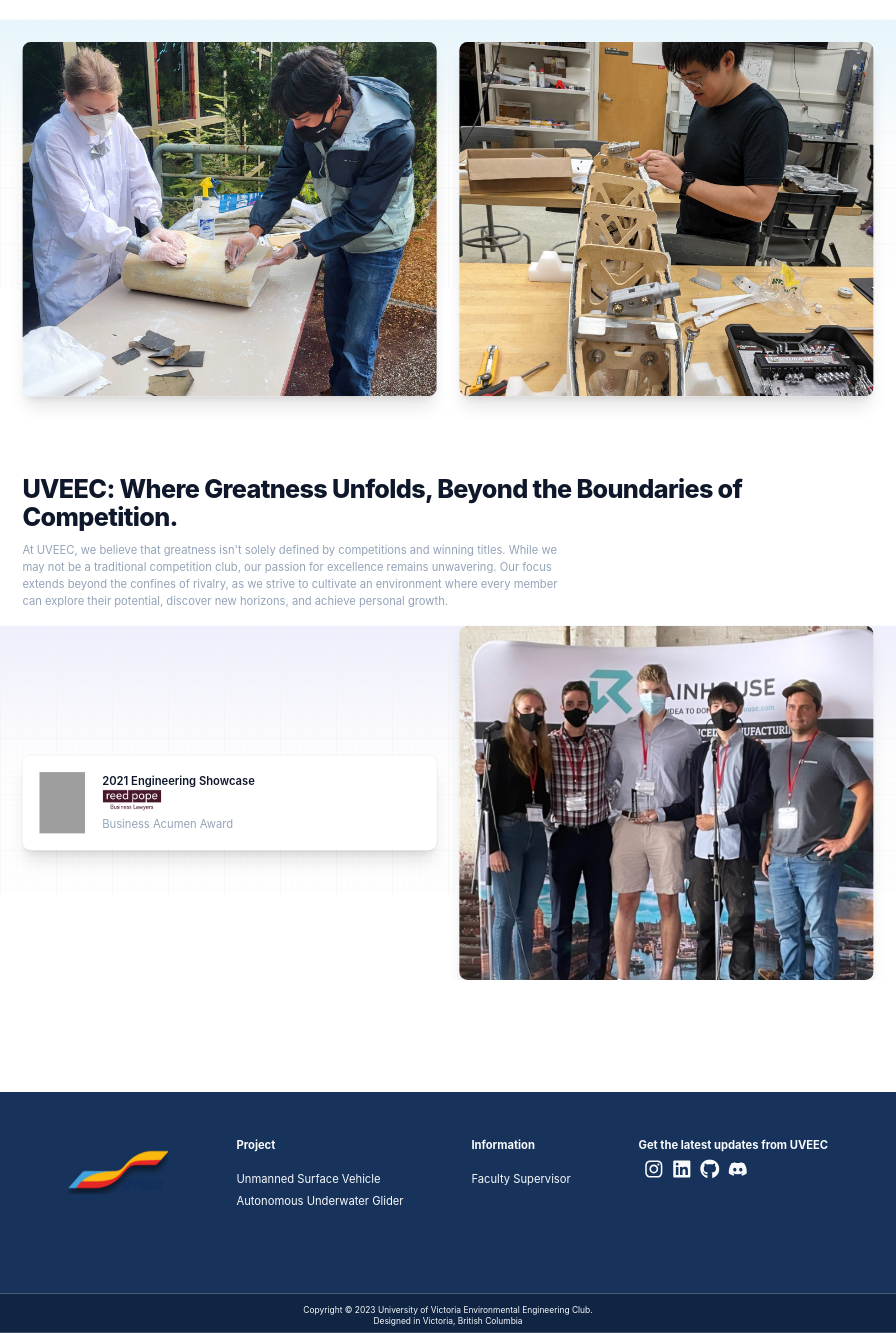
Repository: markaxelus/uveec-website
Page: /
An editor plug-in stored every save of this project. The page is shown before and after the next save, followed by the edit.
The browser window is 1280 px wide. The pictures show the part of the page from y = 1160 to 3080 px (the page is 3064 px tall before and 3080 px after), at 70% of full size.
Pictures or frames that could not be fetched are drawn as grey boxes. The project was rebuilt for these pictures with package versions that can differ from the ones it lists, and the page was loaded fresh each time. The framework's server and built-in components were replaced by stand-ins that run in the browser. Also part of the build but not shown: next.config.js, src/components/molecules/ProfileCard.tsx.

Above is the page before, as saved 2024-06-08 23:31:21.

### pages/index.tsx
import Head from "next/head";
import Link from "next/link";
import Image from "next/image";
import type { NextPage } from "next";
import {
  HeroBanner,
  SponsorMarquee,
} from "../src/components/molecules";
import { BaseLayout } from "../src/Layout/BaseLayout";
import { FaAngleRight } from "react-icons/fa";

const Home: NextPage = () => {
  return (
    <div>
      <Head>
        <title>University of Victoria Environmental Engineering Club</title>
        <link rel="canonical" href="https://uveec.ca" key="canonical" />
        <meta
          name="description"
          content="Our organization's primary purpose is to create out of the box
          engineering solutions to everyday environmental problems in the local
          Capital Regional District of Victoria, British Columbia."
        />
        <meta name="viewport" content="width=device-width, initial-scale=1.0" />
        <meta
          name="keywords"
          content="UVEEC, UVic Environmental Engineering, Environmental Engineering, Environment, Engineering, University of Victoria, Victoria"
        />
        <meta
          property="og:title"
          content="University of Victoria Environmental Engineering Club"
        />
        <meta property="og:url" content="https://uveec.ca" />
        <meta property="og:type" content="website" />
        <link rel="icon" href="/favicon.ico" />
      </Head>
      <BaseLayout>
        <HeroBanner />
        <SponsorMarquee />
        <main>
          <div className="pt-20 mb-20 space-y-20 overflow-hidden sm:pt-32 sm:mb-32 sm:space-y-32 md:pt-40 md:mb-40 md:space-y-20">

            <section id="team">
              <div className="max-w-7xl mx-auto px-4 sm:px-6 md:px-8">
                <p className="mt-4 text-3xl sm:text-4xl text-slate-900 font-extrabold tracking-tight dark:text-slate-50">
                  One of our club&apos;s main goals is to give student hands-on
                  engineering experience outside of their regular class work.
                </p>
                <p className="mt-4 max-w-3xl text-slate-400 space-y-6 ">
                  The flexible nature of our club allows us to focus on one
                  small-scale project of varying scope (6-36 months per
                  project). Our team works to innovate and develop
                  proof-of-concept solutions that can foster innovative
                  solutions to environmental problems.
                </p>
                <Link href="/about" passHref>
                  <a className="group inline-flex items-center h-9 rounded-full text-sm font-semibold whitespace-nowrap px-3 focus:outline-none focus:ring-2 bg-sky-50 text-sky-600 hover:bg-sky-200 hover:text-sky-700 focus:ring-sky-500 dark:bg-slate-700 dark:text-slate-100 dark:hover:bg-slate-600 dark:hover:text-white dark:focus:ring-slate-500 mt-8 md:mb-10">
                    Learn More
                    <FaAngleRight className="overflow-visible ml-3 text-sky-300 group-hover:text-sky-400" />
                  </a>
                </Link>
              </div>
              <div className="relative pt-10 xl:pt-0 mt-10 xl:mt-2">
                <div className="absolute h-96 w-full bg-gradient-to-b from-sky-500 via-slate-100 to-white opacity-10 dark:to-slate-900">
                  <svg
                    width="100%"
                    height="100%"
                    xmlns="http://www.w3.org/2000/svg"
                  >
                    <defs>
                      <pattern
                        id="smallGrid"
                        width="8"
                        height="8"
                        patternUnits="userSpaceOnUse"
                      >
                        <path
                          d="M 8 0 L 0 0 0 8"
                          fill="none"
                          stroke="gray"
                          strokeWidth="0.5"
                        />
                      </pattern>
                      <pattern
                        id="grid"
                        width="80"
                        height="80"
                        patternUnits="userSpaceOnUse"
                      >
                        <rect width="80" height="80" fill="url(#smallGrid)" />
                        <path
                          d="M 80 0 L 0 0 0 80"
                          fill="none"
                          stroke="gray"
                          strokeWidth="1"
                        />
                      </pattern>
                    </defs>

                    <rect width="100%" height="100%" fill="url(#grid)" />
                  </svg>
                </div>
                <div className="max-w-7xl mx-auto px-4 py-8 sm:px-6 md:px-8 lg:grid lg:grid-cols-12 lg:gap-8">
                  {/*<div className="lg:col-span-5 xl:col-span-6 flex flex-col">
                    <div className="relative z-10 bg-white ring-1 ring-slate-900/5 rounded-lg shadow-xl px-6 py-5 my-auto xl:mt-18 dark:bg-slate-800">
                      <div className="absolute inset-x-0 inset-y-5 border-t border-b border-slate-100 pointer-events-none dark:border-slate-700" />
                      <div className="absolute inset-x-6 inset-y-0 border-l border-r border-slate-100 pointer-events-none dark:border-slate-700" />
                      <div className="bg-slate-50 overflow-hidden py-6 sm:py-9 lg:py-6 xl:py-9 px-6 dark:bg-slate-900/50">
                        <div className="relative h-96">
                          <Image
                            layout="fill"
                            src="/images/manufacturing2.jpg"
                            className="object-cover"
                            alt={""}
                            decoding="async"
                            priority
                          />
                        </div>
                      </div>
                    </div>
                  </div>*/}
                  <div className="mt-4 -mx-4 sm:mx-0 lg:mt-0 lg:col-span-7 xl:col-span-6">
                    <div className="relative overflow-hidden shadow-xl flex h-[31.625rem] max-h-[60vh] sm:max-h-[none] sm:rounded-xl lg:h-[34.6875rem] xl:h-[31.625rem]">
                      <Image
                        layout="fill"
                        src="/images/manufacturing2.jpg"
                        className="object-cover"
                        alt={""}
                        decoding="async"
                        priority
                      />
                    </div>
                  </div>
                  <div className="mt-4 -mx-4 sm:mx-0 lg:mt-0 lg:col-span-7 xl:col-span-6">
                    <div className="relative overflow-hidden shadow-xl flex h-[31.625rem] max-h-[60vh] sm:max-h-[none] sm:rounded-xl lg:h-[34.6875rem] xl:h-[31.625rem]">
                      <Image
                        layout="fill"
                        src="/images/manufacturing1.jpg"
                        className="object-cover"
                        alt={""}
                        decoding="async"
                        priority
                      />
                    </div>
                  </div>
                </div>
              </div>
            </section>

            <section id="awards">
              <div className="max-w-7xl mx-auto px-4 sm:px-6 md:px-8">
                <p className="mt-4 text-3xl sm:text-4xl text-slate-900 font-extrabold tracking-tight dark:text-slate-50">
                  UVEEC: Where Greatness Unfolds, Beyond the Boundaries of Competition.
                </p>
                <p className="mt-4 pb-4 max-w-3xl text-slate-400 space-y-6 ">
                  At UVEEC, we believe that greatness isn&apos;t solely defined by competitions and winning titles. While we may not be a traditional competition club, our passion for excellence remains unwavering. Our focus extends beyond the confines of rivalry, as we strive to cultivate an environment where every member can explore their potential, discover new horizons, and achieve personal growth.
                </p>
              </div>
              <div className="relative pt-10 xl:pt-0 mt-10 xl:mt-2">
                <div className="absolute h-96 w-full bg-gradient-to-b via-slate-100 from-indigo-500 to-white opacity-10 dark:to-slate-900">
                  <svg
                    width="100%"
                    height="100%"
                    xmlns="http://www.w3.org/2000/svg"
                  >
                    <defs>
                      <pattern
                        id="smallGrid"
                        width="8"
                        height="8"
                        patternUnits="userSpaceOnUse"
                      >
                        <path
                          d="M 8 0 L 0 0 0 8"
                          fill="none"
                          stroke="gray"
                          strokeWidth="0.5"
                        />
                      </pattern>
                      <pattern
                        id="grid"
                        width="80"
                        height="80"
                        patternUnits="userSpaceOnUse"
                      >
                        <rect width="80" height="80" fill="url(#smallGrid)" />
                        <path
                          d="M 80 0 L 0 0 0 80"
                          fill="none"
                          stroke="gray"
                          strokeWidth="1"
                        />
                      </pattern>
                    </defs>

                    <rect width="100%" height="100%" fill="url(#grid)" />
                  </svg>
                </div>
                <div className="max-w-7xl mx-auto px-4 sm:px-6 md:px-8 lg:grid lg:grid-cols-12 lg:gap-8">
                  <div className="lg:col-span-5 xl:col-span-6 flex flex-col">
                    <div className="relative z-10 bg-white rounded-xl shadow-xl ring-1 ring-slate-900/5 divide-y divide-slate-100 my-auto xl:mt-18 dark:bg-slate-800 dark:divide-slate-200/5 dark:highlight-white/10">
                      <div className="p-4 sm:p-6 lg:p-4 xl:p-6 space-x-4 items-start sm:space-x-6 lg:space-x-4 xl:space-x-6 flex">
                        <Image
                          src="/images/award.png"
                          height={88}
                          width={66}
                          alt={""}
                          decoding="async"
                          priority
                        />
                        <div className="min-w-0 relative flex-auto">
                          <h2 className="font-semibold text-slate-900 truncate sm:pr-20 dark:text-slate-100">
                            2021 Engineering Showcase
                          </h2>
                          <div className="dark:hidden">
                            <Image
                              height={32}
                              width={85}
                              src="/images/reedpope.png"
                              alt={""}
                              decoding="async"
                              priority
                            />
                          </div>
                          <div className="hidden dark:flex">
                            <Image
                              height={32}
                              width={85}
                              src="/images/reedpope-dark.png"
                              alt={""}
                              decoding="async"
                              priority
                            />
                          </div>
                          <p className="text-slate-400 ">
                            Business Acumen Award
                          </p>
                        </div>
                      </div>
                    </div>
                  </div>
                  <div className="mt-4 -mx-4 sm:mx-0 lg:mt-0 lg:col-span-7 xl:col-span-6">
                    <div className="relative overflow-hidden shadow-xl flex h-[31.625rem] max-h-[60vh] sm:max-h-[none] sm:rounded-xl lg:h-[34.6875rem] xl:h-[31.625rem]">
                      <Image
                        layout="fill"
                        src="/images/awarding.jpg"
                        className="object-cover"
                        alt={""}
                        decoding="async"
                        priority
                      />
                    </div>
                  </div>
                </div>
              </div>
            </section>
          </div>
        </main>
      </BaseLayout>
    </div>
  );
};

export default Home;

### styles/globals.css
@tailwind base;
@tailwind components;
@tailwind utilities;

html,
body {
  padding: 0;
  margin: 0;
  font-family: -apple-system, BlinkMacSystemFont, Segoe UI, Roboto, Oxygen,
    Ubuntu, Cantarell, Fira Sans, Droid Sans, Helvetica Neue, sans-serif;
}

a {
  color: inherit;
  text-decoration: none;
}

* {
  box-sizing: border-box;
}

.right-arrow {
  position: absolute;
  top: 50%;
  right: 0px;
  font-size: 3rem;
  color: #000;
  z-index: 10;
  cursor: pointer;
  user-select: none;
}

.left-arrow {
  position: absolute;
  top: 50%;
  left: 0px;
  font-size: 3rem;
  color: #000;
  z-index: 10;
  cursor: pointer;
  user-select: none;
}

.slide {
  opacity: 0;
  transition-duration: 1s ease;
}

.slide.active {
  opacity: 1;
  transition-duration: 1s;
  transform: scale(1.08);
}

@media (prefers-color-scheme: dark) {
  html {
    color-scheme: dark;
  }
  body {
    color: #f8fafc;
    background: #0f172a;
  }
}

### src/components/molecules/index.tsx
export { NavBar } from "./NavBar";
export { SponsorMarquee } from "./SponsorMarquee";
export { HeroBanner } from "./HeroBanner";
export { Menu } from "./Menu";
export { ProfileCard } from "./ProfileCard";

### src/Layout/BaseLayout.tsx
import React, { PropsWithChildren } from "react";
import { Footer, Header } from "../components/organisms";

interface BaseLayoutProps {}

export const BaseLayout = ({
  children,
}: PropsWithChildren<BaseLayoutProps>) => {
  return (
    <div>
      <Header />
      {children}
      <Footer />
    </div>
  );
};

### src/components/molecules/NavBar.tsx
import React from "react";
import { NavLink } from "../atoms";

export const NavBar = () => {
  return (
    <div className="z-50 flex flex-row items-center space-x-4">
      <NavLink name="Home" link="/" />
      <NavLink name="About" link="/about" />
      <NavLink name="Projects" link="/projects" />
      <NavLink name="Sponsors" link="/sponsors" />
      <NavLink name="Contact" link="/contact" />
    </div>
  );
};

### src/components/molecules/SponsorMarquee.tsx
import Marquee from "react-fast-marquee";
import { Logo } from "../atoms";
import { SponsorMap } from "../../constants";

export const SponsorMarquee = () => {
  return (
    <Marquee direction="right" speed={80} gradient={false}>
      <div className="flex flex-row items-center justify-evenly space-x-24 space-y-4 mr-24">
        {SponsorMap.map((card, i) => (
          <div
            key={i}
          >
            <Logo
              src={card.img}
              className="h-12 w-56 dark:hidden"
              classNameImage="object-contain"
            />
          </div>
        ))}
      </div>
    </Marquee>
  );
};

### src/components/atoms/index.tsx
export { NavLink } from "./NavLink";
export { Logo } from "./Logo";

### src/components/organisms/Header.tsx
import Link from "next/link";
import Image from "next/image";
import { NavBar } from "../molecules";
import { Menu } from "../molecules";

export const Header = () => {
  return (
    <div className="sticky top-0 z-50 flex flex-row items-center justify-between h-16 w-full px-4 py-2 shadow-2xl bg-royalBlue">
      <Link href="/" passHref>
        <a className="relative h-10 w-28 hover:cursor-pointer">
          <Image
            layout="fill"
            src="/images/uveec.png"
            alt={""}
            decoding="async"
            priority
          />
        </a>
      </Link>
      <div className="hidden md:block">
        <NavBar />
      </div>
      <div className="md:hidden">
        <Menu />
      </div>
    </div>
  );
};

### src/components/atoms/NavLink.tsx
import classNames from "classnames";
import { useRouter } from "next/router";
import { useMemo } from "react";

interface NavLinkProps {
  link: string;
  name: string;
}

export const NavLink = ({ link, name }: NavLinkProps) => {
  const { asPath } = useRouter();

  const isHighlighted = useMemo(() => {
    if (asPath === "/" && name === "Home") return true;
    return asPath.replace("/", "") === name.replace("/", "").toLowerCase();
  }, [asPath, name]);

  return (
    <a
      href={link}
      className={classNames(
        isHighlighted ? "text-orange" : "text-slate-50",
        "text-lg"
      )}
    >
      {name}
    </a>
  );
};

### src/components/atoms/Logo.tsx
import Image from "next/image";
import classNames from "classnames";

interface BaseLogoProps {
  src: string;
  className?: string;
  classNameImage?: string;
}

// Logo is used for building Marquee.
// className is to style div container of image.
// classNameImage is to style image itself. object-contain is used for SponsorMarquee. object-cover is used for IndexMarquee.

export const Logo = ({ src, className, classNameImage }: BaseLogoProps) => {
  return (
    <div className={classNames(className, "relative")}>
      <Image
        layout="fill"
        src={`${src}`}
        alt={""}
        decoding="async"
        className={classNameImage}
        priority
      />
    </div>
  );
};

Loaded but not shown: pages/_app.tsx (common file); src/components/organisms/index.tsx (common file); tailwind.config.js (18 lines, source omitted); src/constants.ts (282 lines, source omitted); src/components/organisms/Footer.tsx (98 lines, source omitted); src/components/molecules/HeroBanner.tsx (83 lines, source omitted); src/components/molecules/Menu.tsx (34 lines, source omitted)

After the next save:
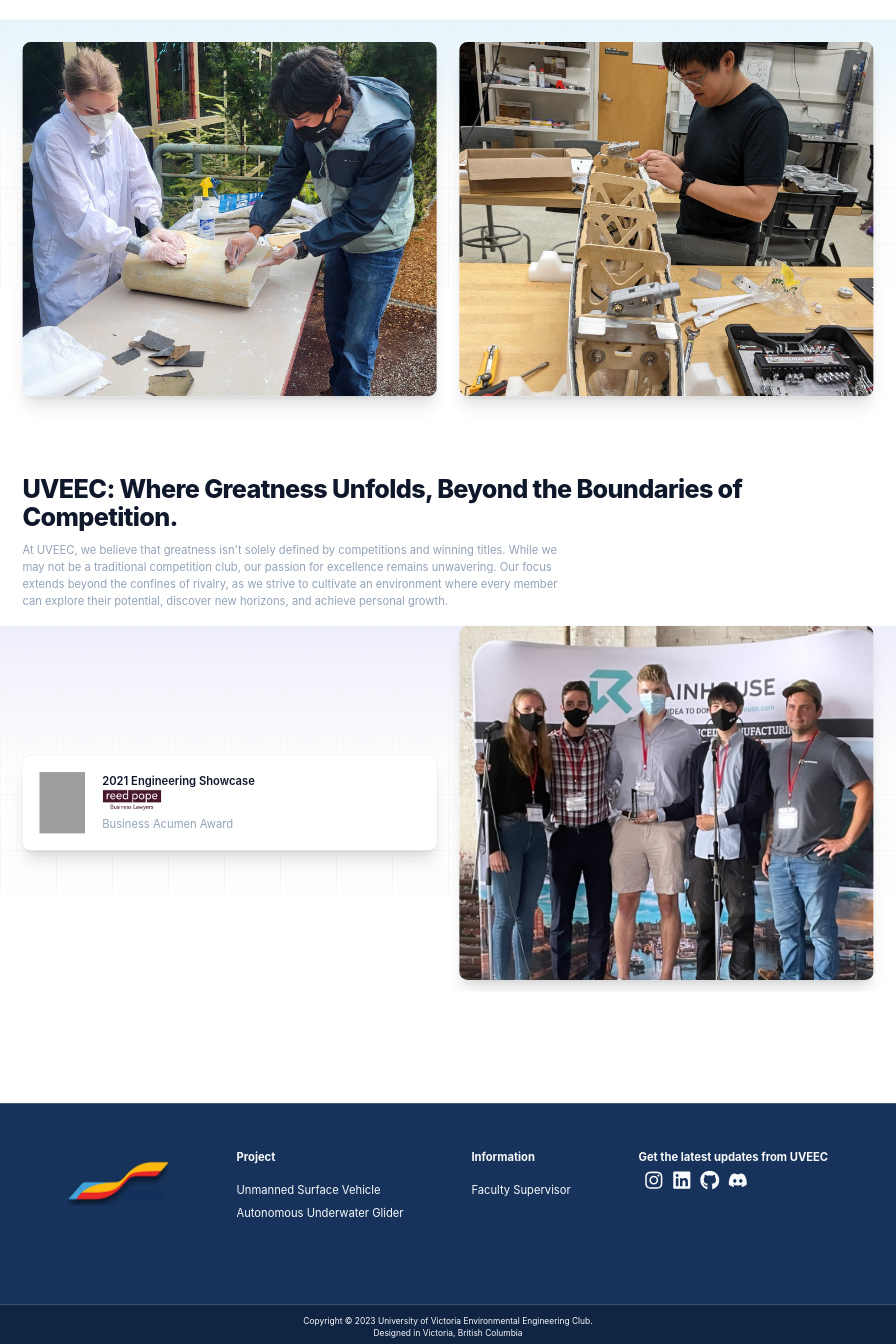
Saved 23 s later.
--- a/pages/index.tsx
+++ b/pages/index.tsx
@@ -156,7 +156,7 @@
                   At UVEEC, we believe that greatness isn&apos;t solely defined by competitions and winning titles. While we may not be a traditional competition club, our passion for excellence remains unwavering. Our focus extends beyond the confines of rivalry, as we strive to cultivate an environment where every member can explore their potential, discover new horizons, and achieve personal growth.
                 </p>
               </div>
-              <div className="relative pt-10 xl:pt-0 mt-10 xl:mt-2">
+              <div className="relative pt-10 xl:pt-0 mt-10 xl:mt-2 md:py-4">
                 <div className="absolute h-96 w-full bg-gradient-to-b via-slate-100 from-indigo-500 to-white opacity-10 dark:to-slate-900">
                   <svg
                     width="100%"

After the save that followed:
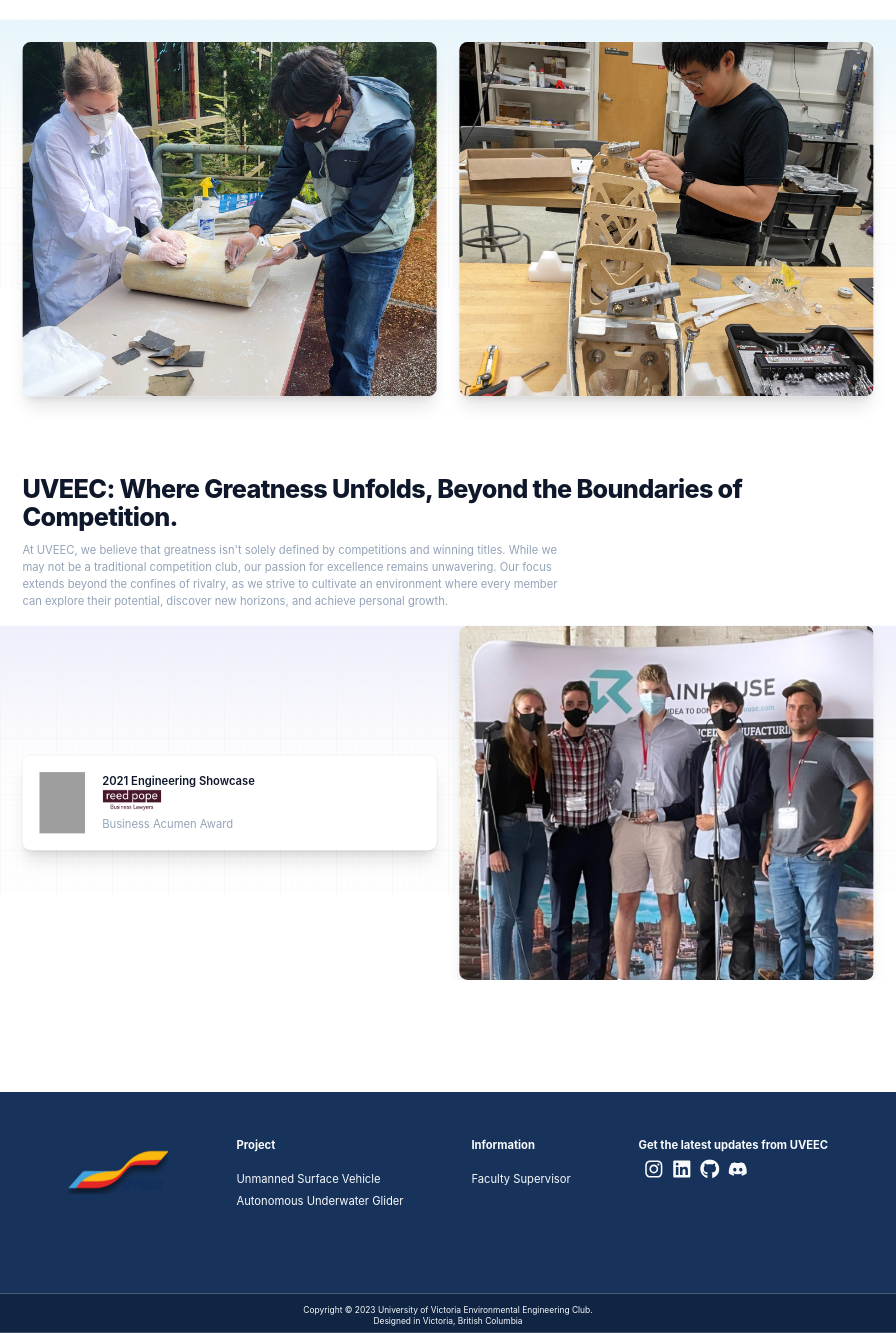
Saved 9 s later.
--- a/pages/index.tsx
+++ b/pages/index.tsx
@@ -156,7 +156,7 @@
                   At UVEEC, we believe that greatness isn&apos;t solely defined by competitions and winning titles. While we may not be a traditional competition club, our passion for excellence remains unwavering. Our focus extends beyond the confines of rivalry, as we strive to cultivate an environment where every member can explore their potential, discover new horizons, and achieve personal growth.
                 </p>
               </div>
-              <div className="relative pt-10 xl:pt-0 mt-10 xl:mt-2 md:py-4">
+              <div className="relative pt-10 xl:pt-0 mt-10 xl:mt-2">
                 <div className="absolute h-96 w-full bg-gradient-to-b via-slate-100 from-indigo-500 to-white opacity-10 dark:to-slate-900">
                   <svg
                     width="100%"
